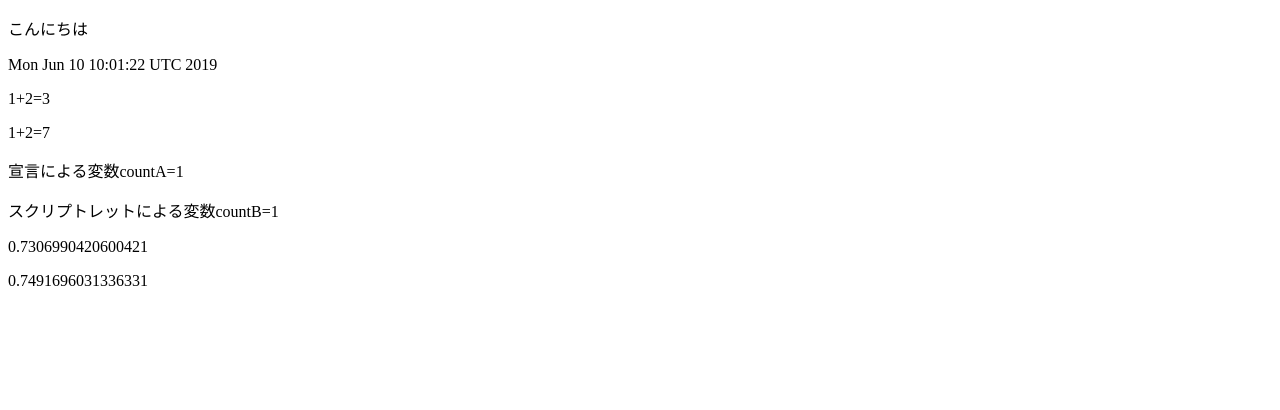
Repository: 938758923/test
Page: http://localhost/HelloJSP/
The author's editor kept a copy of each file at every save. The page is drawn from the files as they stood at one save, then again after the next save.
The browser window is 1280 px wide. The pictures show the whole page.
The page is served by Tomcat 9. Other server files are loaded and not shown.

Above is the page before, as saved 2019-06-10 10:30:04.

### HelloJSP/WebContent/index.jsp
<%@ page language="java" contentType="text/html; charset=UTF-8"
    pageEncoding="UTF-8"%>
<!DOCTYPE html>
<html>
<head>
<meta charset="UTF-8">
<title>TEST</title>
</head>
<body>
<p>こんにちは</p>
<% out.println(new java.util.Date()); %>
<%!
static int add(int a,int b){
	return a+b;
}
%>

<p>1+2=<%=add(1,2) %></p>
<p>1+2=<%=add(3,4) %></p>

<%! int countA=0; %>
<%
int countB=0;
countA++;
countB++;
%>

<P>宣言による変数countA=<%=countA %></P>
<P>スクリプトレットによる変数countB=<%=countB %></P>

<P><% out.println(Math.random()); %></P>
<P><%=Math.random() %></P>
</body>
</html>

After the next save:
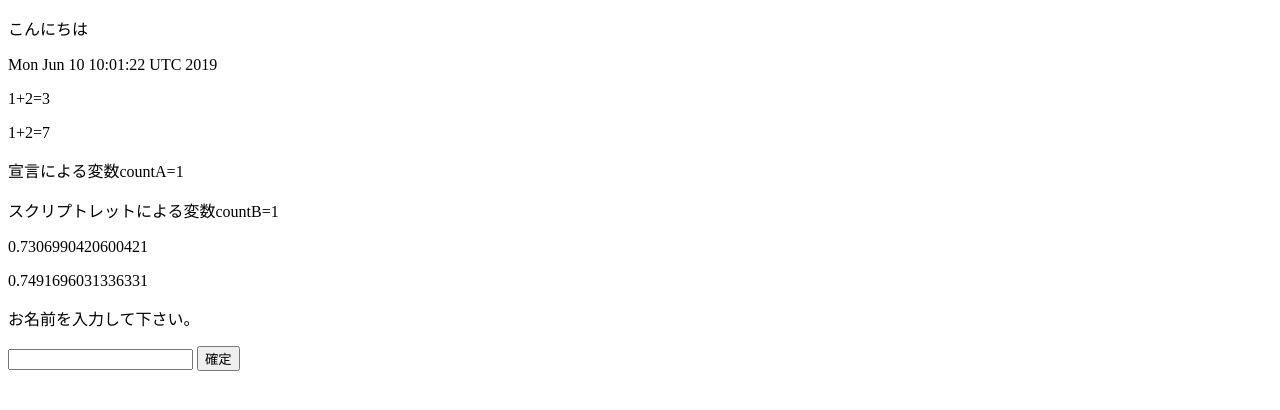
Saved 4 min 55 s later.
--- a/HelloJSP/WebContent/index.jsp
+++ b/HelloJSP/WebContent/index.jsp
@@ -30,5 +30,11 @@
 
 <P><% out.println(Math.random()); %></P>
 <P><%=Math.random() %></P>
+
+<p>お名前を入力して下さい。</p>
+<form method="post" action="greeting-out.jsp">
+<input type="text" name="user">
+<input type="submit" value="確定">
+</form>
 </body>
 </html>
